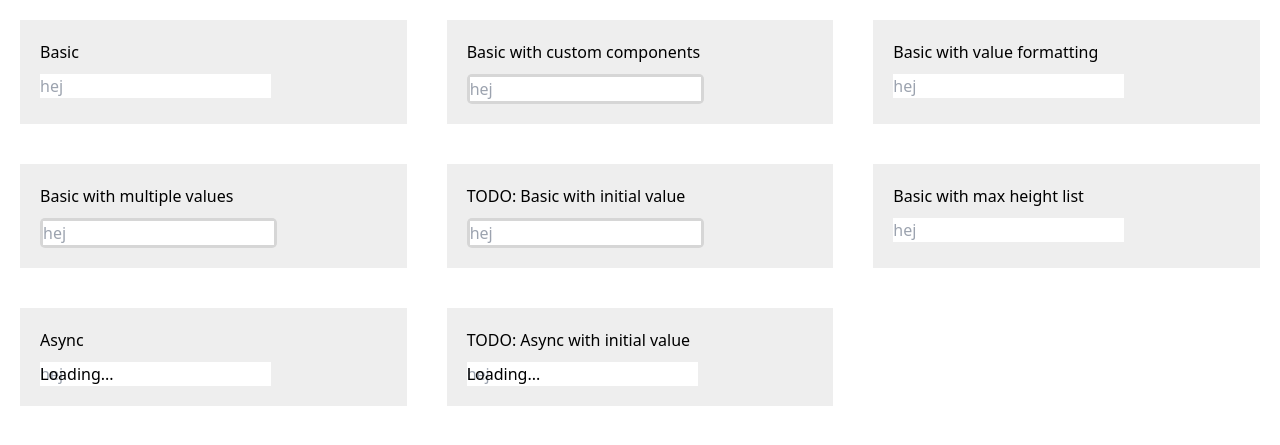
Repository: Frexity/frx-react
Page: / (app in ui/react-select/)
These files come from the project's save history. The page is drawn as it stood at one moment and after the next save; the edit follows.
The browser window is 1280 px wide. The pictures show the whole page.
The page's requests for data from a server got no answer. Some web libraries are served in a nearby version. The project was rebuilt for these pictures with package versions that can differ from the ones it lists, and the page was loaded fresh each time. No one was signed in, and anything a server would have sent is missing. Also part of the build but not shown: ui/react-select/vite.config.ts, ui/react-select/src/CustomSelectComponents/ListLoadingIndicator.tsx, ui/react-select/src/dummy-components/ListLoadingIndicator.tsx.

Above is the page before, as saved 2022-08-21 00:25:30.

### ui/react-select/index.html
<!DOCTYPE html>
<html lang="en">
  <head>
    <meta charset="UTF-8" />
    <link rel="icon" type="image/svg+xml" href="/vite.svg" />
    <meta name="viewport" content="width=device-width, initial-scale=1.0" />
    <title>React Select</title>
    <script src="https://cdn.tailwindcss.com/3.1.8"></script>
  </head>
  <body>
    <div id="root"></div>
    <script type="module" src="/src/main.tsx"></script>
  </body>
</html>

### ui/react-select/src/App.tsx
import './styles.css'

import { ClearIndicator } from './CustomSelectComponents/ClearIndicator'
import { Control } from './CustomSelectComponents/Control'
import { ListLoadingIndicator } from './CustomSelectComponents/ListLoadingIndicator'
import { Option } from './CustomSelectComponents/Option'
import { dummyComponents } from './dummy-components'
import { Select } from './Select'
import { AsyncSelect } from './Select/Async'

const options = [
  { label: 'Option 1', value: '1' },
  { label: 'Option 2', value: '2' },
  { label: 'Option 3', value: '3' },
  { label: 'Option 4', value: '4' },
  { label: 'Option 5', value: '5' },
  { label: 'Option 6', value: '6' },
  { label: 'Option 7', value: '7' },
  { label: 'Option 8', value: '8' },
  { label: 'Option 9', value: '9' },
  { label: 'Option 10', value: '10' },
]

const customComponents = {
  Option,
  Control,
  ClearIndicator,
  ListLoadingIndicator,
}

export default function App() {
  return (
    <div className="cards">
      <div className="card">
        <h3>Basic</h3>
        <Select options={options} components={dummyComponents} />
      </div>
      <div className="card">
        <h3>Basic with custom components</h3>
        <Select options={options} components={customComponents} />
      </div>
      <div className="card">
        <h3>Basic with value formatting</h3>
        <Select
          options={options}
          components={dummyComponents}
          valueFormatter={(value) => {
            return value ? `This is value: ${value}` : null
          }}
        />
      </div>
      <div className="card">
        <h3>Basic with multiple values</h3>
        <Select options={options} components={customComponents} canSelectMultipleValues />
      </div>
      <div className="card">
        <h3>TODO: Basic with initial value</h3>
        <Select options={options} components={customComponents} canSelectMultipleValues />
      </div>
      <div className="card">
        <h3>Basic with max height list</h3>
        <Select
          options={options}
          components={dummyComponents}
          optionsListProps={{
            maxHeight: 150,
          }}
        />
      </div>
      <div className="card">
        <h3>Async</h3>
        <AsyncSelect
          options={options}
          components={dummyComponents}
          asyncOptions={{
            url: 'https://jsonplaceholder.typicode.com/albums',
            startPage: 0,
            perPage: 4,
            queryAttribute: 'page',
            labelAttribute: 'title',
            valueAttribute: 'id',
            loadOnMount: true,
          }}
        />
      </div>
      <div className="card">
        <h3>TODO: Async with initial value</h3>
        <AsyncSelect
          options={options}
          components={dummyComponents}
          asyncOptions={{
            url: 'https://jsonplaceholder.typicode.com/albums',
            startPage: 0,
            perPage: 4,
            queryAttribute: 'page',
            labelAttribute: 'title',
            valueAttribute: 'id',
            loadOnMount: true,
          }}
        />
      </div>
    </div>
  )
}

### ui/react-select/src/styles.css
.dropdown {
  position: fixed;
  border: 1px solid red;
  display: none;
  z-index: 1;
  background: white;
}

input:focus + .dropdown {
  display: block;
}

.card {
  margin: 20px;
  padding: 20px;
  background-color: #eee;
  overflow: hidden;
  overflow-y: scroll;
}

h3 {
  margin-bottom: 10px;
}

.cards {
  display: grid;
  grid-template-columns: repeat(auto-fill, minmax(400px, 1fr));
}

### ui/react-select/src/CustomSelectComponents/ClearIndicator.tsx
import { memo } from 'react'
import { ClearIndicatorComponentProps } from '../Select/types'

export const ClearIndicator = memo(({ clearIndicatorContainerStyles, onClick }: ClearIndicatorComponentProps) => {
  return (
    <div style={clearIndicatorContainerStyles} onClick={onClick}>
      <svg viewBox="0 0 460.775 460.775" style={{ width: 12, height: 12 }}>
        <path
          fill="#66f"
          d="M285.08,230.397L456.218,59.27c6.076-6.077,6.076-15.911,0-21.986L423.511,4.565c-2.913-2.911-6.866-4.55-10.992-4.55  c-4.127,0-8.08,1.639-10.993,4.55l-171.138,171.14L59.25,4.565c-2.913-2.911-6.866-4.55-10.993-4.55  c-4.126,0-8.08,1.639-10.992,4.55L4.558,37.284c-6.077,6.075-6.077,15.909,0,21.986l171.138,171.128L4.575,401.505  c-6.074,6.077-6.074,15.911,0,21.986l32.709,32.719c2.911,2.911,6.865,4.55,10.992,4.55c4.127,0,8.08-1.639,10.994-4.55  l171.117-171.12l171.118,171.12c2.913,2.911,6.866,4.55,10.993,4.55c4.128,0,8.081-1.639,10.992-4.55l32.709-32.719  c6.074-6.075,6.074-15.909,0-21.986L285.08,230.397z"
        />
      </svg>
    </div>
  )
})

### ui/react-select/src/CustomSelectComponents/Control.tsx
import { ControlComponentProps } from '../Select/types'

export const Control = ({ controlStyles, children }: ControlComponentProps) => {
  return (
    <div
      style={{
        ...controlStyles,
        borderRadius: 5,
        padding: 3,
        backgroundColor: '#d6d6d6',
      }}
    >
      {children}
    </div>
  )
}

### ui/react-select/src/CustomSelectComponents/Option.tsx
import { memo } from 'react'
import { OptionComponentProps } from '../Select/types'

export const Option = memo(({ isSelected, label, onSelect }: OptionComponentProps) => {


  return (
    <li className="text-gray-900 cursor-pointer py-2 pl-3 pr-9 hover:bg-sky-300" onClick={onSelect}>
      <div className="flex items-center">
        <img
          src="https://images.unsplash.com/photo-1491528323818-fdd1faba62cc?ixlib=rb-1.2.1&ixid=eyJhcHBfaWQiOjEyMDd9&auto=format&fit=facearea&facepad=2&w=256&h=256&q=80"
          alt=""
          className="flex-shrink-0 h-6 w-6 rounded-full"
        />
        <span className={`${isSelected ? 'font-bold text-blue-700' : 'font-normal'} ml-3 block truncate`}>{label}</span>
      </div>
    </li>
  )
})

### ui/react-select/src/dummy-components/index.ts
import { Control } from './Control'
import { ClearIndicator } from './ClearIndicator'
import { ControlLoadingIndicator } from './ControlLoadingIndicator'
import { ListLoadingIndicator } from './ListLoadingIndicator'
import { Option } from './Option'

export const dummyComponents = {
  Control,
  ClearIndicator,
  ControlLoadingIndicator,
  ListLoadingIndicator,
  Option,
}

### ui/react-select/src/Select/index.tsx
import { InnerSelect } from './common'
import { SelectProvider } from './Context'
import { OutsideClickHandler } from './OutsideClickHandler'
import { SelectProps } from './types'

export const Select = ({
  valueFormatter,
  options,
  components,
  optionsDropdownProps,
  optionsListProps,
  canSelectMultipleValues,
}: Omit<SelectProps, 'asyncOptions'>) => {
  // const [o, setO] = useState(options);

  // Test setting options from outside the context/component
  /*
  useEffect(() => {
    setTimeout(() => {
      setO([{ label: "New", value: "x" }]);
    }, 2000);
  }, []);
  console.log({ o });
  */

  return (
    <SelectProvider value={{ options }}>
      <OutsideClickHandler>
        <InnerSelect
          valueFormatter={valueFormatter}
          components={components}
          optionsDropdownProps={optionsDropdownProps}
          optionsListProps={optionsListProps}
          canSelectMultipleValues={canSelectMultipleValues}
        />
      </OutsideClickHandler>
    </SelectProvider>
  )
}

### ui/react-select/src/Select/Async/index.tsx
import { SelectProps } from '../types'
import { AsyncHandler } from './AsyncHandler'
import { InnerSelect } from '../common'
import { SelectProvider } from '../Context'
import { OutsideClickHandler } from '../OutsideClickHandler'

export const AsyncSelect = ({
  valueFormatter,
  options,
  components,
  optionsDropdownProps,
  optionsListProps,
  asyncOptions,
}: SelectProps) => {
  return (
    <SelectProvider value={{ options }}>
      <OutsideClickHandler>
        <InnerSelect
          valueFormatter={valueFormatter}
          components={components}
          optionsDropdownProps={optionsDropdownProps}
          optionsListProps={optionsListProps}
          asyncOptions={asyncOptions}
          AsyncHandler={AsyncHandler}
        />
      </OutsideClickHandler>
    </SelectProvider>
  )
}

### ui/react-select/src/dummy-components/Control.tsx
import { ControlComponentProps } from '../Select/types'

export const Control = ({ controlStyles, children }: ControlComponentProps) => {
  return <div style={controlStyles}>{children}</div>
}

### ui/react-select/src/dummy-components/ClearIndicator.tsx
import { memo } from 'react'
import { ClearIndicatorComponentProps } from '../Select/types'

export const ClearIndicator = memo(({ clearIndicatorContainerStyles, onClick }: ClearIndicatorComponentProps) => {
  return (
    <div style={clearIndicatorContainerStyles} onClick={onClick}>
      X
    </div>
  )
})

### ui/react-select/src/dummy-components/ControlLoadingIndicator.tsx
import { memo } from 'react'
import { ControlLoadingIndicatorComponentProps } from '../Select/types'

export const ControlLoadingIndicator = memo(({ isVisible }: ControlLoadingIndicatorComponentProps) => {
  return isVisible ? <div style={{ position: 'absolute', bottom: 0, left: 0, zIndex: 2 }}>Loading...</div> : null
})

### ui/react-select/src/dummy-components/Option.tsx
import { memo } from 'react'
import { OptionComponentProps } from '../Select/types'

export const Option = memo(({ isSelected, label, onSelect }: OptionComponentProps) => {
  return (
    <div style={{ fontWeight: isSelected ? 'bold' : 'normal' }} onClick={onSelect}>
      {label}
    </div>
  )
})

### ui/react-select/src/Select/common.tsx
import { useContext } from 'react'
import { SelectProps } from './types'
import { ClearIndicator } from './ClearIndicator'
import { SelectContext } from './Context'
import { Input } from './Input'
import { Options } from './Options'
import { OptionsDropdown } from './OptionsDropdown'
import { OptionsList } from './OptionsList'
import { selectStyles } from './styles'

export const InnerSelect = ({
  valueFormatter,
  components,
  optionsDropdownProps,
  optionsListProps,
  asyncOptions,
  AsyncHandler,
  canSelectMultipleValues,
}: Omit<SelectProps, 'options'> & { AsyncHandler?: any }) => {
  const { state } = useContext<any>(SelectContext)

  return (
    <>
      <components.Control controlStyles={selectStyles.control}>
        <Input valueFormatter={valueFormatter} />
        {components.ClearIndicator && <ClearIndicator ClearIndicatorComponent={components.ClearIndicator} />}
        {components.ControlLoadingIndicator && <components.ControlLoadingIndicator isVisible={state.isLoading} />}
      </components.Control>
      <OptionsDropdown optionsDropdownProps={optionsDropdownProps}>
        {components.ListLoadingIndicator && (
          <components.ListLoadingIndicator isVisible={state.isOpen && state.isLoading} />
        )}
        <OptionsList optionsListProps={optionsListProps} isAsync={!!asyncOptions}>
          <Options OptionComponent={components.Option} canSelectMultipleValues={canSelectMultipleValues} />
        </OptionsList>
      </OptionsDropdown>
      {AsyncHandler && <AsyncHandler asyncOptions={asyncOptions} />}
    </>
  )
}

### ui/react-select/src/Select/Context.tsx
import React, { useReducer, createContext, useId, useEffect, PropsWithChildren } from 'react'

function reducer(state: any, action: any) {
  return { ...state, ...action }
}

const SelectContext = createContext({}) as any

const SelectProvider = ({ children, value }: PropsWithChildren<{ value: any }>) => {
  const inputElementId = useId()
  const listElementId = useId()
  const dropdownElementId = useId()

  const initialState = {
    isOpen: false,
    hasReachedBottom: false,
    isLoading: false,
    inputElementId,
    dropdownElementId,
    listElementId,
    options: value.options,
    selectedValue: null,
  }
  const [state, dispatch] = useReducer(reducer, initialState)
  const store = React.useMemo(() => ({ state, dispatch }), [state])

  /*
  TODO:
  - Get scroll ref, to scrollToTop when it opens
  */

  // Update options when they come from the outside
  useEffect(() => {
    dispatch({ options: value.options })
  }, [value.options])

  return <SelectContext.Provider value={store}>{children}</SelectContext.Provider>
}

export { SelectContext, SelectProvider }

### ui/react-select/src/Select/OutsideClickHandler.tsx
import { memo, ReactNode, useContext, useEffect, useRef } from 'react'
import { SelectContext } from './Context'

interface OutsideClickHandlerProps {
  children: ReactNode
}

const useOutsideClick = (callback: any) => {
  const ref = useRef<any>()

  useEffect(() => {
    const handleClick = (event: MouseEvent) => {
      if (ref.current && !ref.current.contains(event.target)) {
        callback()
      }
    }

    document.addEventListener('mousedown', handleClick, true)

    return () => {
      document.removeEventListener('mousedown', handleClick, true)
    }
  }, [ref, callback])

  return ref
}

export const OutsideClickHandler = memo(({ children }: OutsideClickHandlerProps) => {
  const { dispatch } = useContext<any>(SelectContext)

  const ref = useOutsideClick(() => {
    dispatch({ isOpen: false })
  })

  return <span ref={ref}>{children}</span>
})

### ui/react-select/src/Select/Async/AsyncHandler.tsx
import { useContext, useEffect } from 'react'
import { SelectContext } from '../Context'
import { SelectProps } from '../types'
import { sleep } from '../utils'

interface AsyncHandlerProps {
  asyncOptions: SelectProps['asyncOptions']
}

export const AsyncHandler = ({ asyncOptions }: AsyncHandlerProps) => {
  const { state, dispatch } = useContext<any>(SelectContext)

  useEffect(() => {
    if (!state.hasReachedBottom) {
      return
    }
    async function fetchData() {
      if (!asyncOptions?.url) {
        return
      }
      dispatch({ isLoading: true })
      const result = await fetch(asyncOptions.url)
      await sleep(2000)
      if (result.ok) {
        const data = await result.json()
        console.log({ data })
        dispatch({ hasReachedBottom: false, isLoading: false })
      }
    }
    if (asyncOptions?.url) {
      fetchData()
    }
  }, [state.hasReachedBottom, asyncOptions?.url, dispatch])

  useEffect(() => {
    async function fetchData() {
      if (!asyncOptions?.url) {
        return
      }
      dispatch({ isLoading: true })
      const result = await fetch(asyncOptions.url)
      await sleep(2000)
      if (result.ok) {
        const data = await result.json()
        const mappedData = data.map((item: Record<string, string>) => {
          return {
            label: item[asyncOptions?.labelAttribute || 'label'],
            value: item[asyncOptions?.valueAttribute || 'value'],
          }
        })
        dispatch({
          options: mappedData,
          hasReachedBottom: false,
          isLoading: false,
        })
      }
    }
    if (asyncOptions?.url && asyncOptions?.loadOnMount) {
      fetchData()
    }
  }, [state.hasReachedBottom, asyncOptions?.url, dispatch])

  return <></>
}

### ui/react-select/src/Select/ClearIndicator.tsx
import { ComponentType, useCallback, useContext } from 'react'
import { SelectContext } from './Context'

import { selectStyles } from './styles'
import { ClearIndicatorComponentProps } from './types'

interface ClearIndicatorProps {
  ClearIndicatorComponent: ComponentType<ClearIndicatorComponentProps>
}

export const ClearIndicator = ({ ClearIndicatorComponent }: ClearIndicatorProps) => {
  const { state, dispatch } = useContext<any>(SelectContext)

  const handleClick = useCallback(() => {
    dispatch({ selectedValue: null })
  }, [dispatch])

  return (
    <span style={{ display: state.selectedValue ? 'initial' : 'none' }}>
      <ClearIndicatorComponent
        onClick={handleClick}
        selectedValue={state.selectedValue}
        clearIndicatorContainerStyles={selectStyles.clearIndicator}
      />
    </span>
  )
}

### ui/react-select/src/Select/Input.tsx
import { useContext, useCallback, memo } from 'react'
import { SelectContext } from './Context'
import { SelectProps } from './types'

interface InnerInputProps {
  valueFormatter: SelectProps['valueFormatter']
  selectedValue: string
  id: string
  onFocus: () => void
}

const InnerInput = memo(({ valueFormatter, selectedValue, id, onFocus }: InnerInputProps) => {
  const formattedValue = valueFormatter ? valueFormatter(selectedValue) : selectedValue

  return (
    <div className="holder">
      <input
        id={id}
        type="text"
        placeholder="hej"
        onFocus={onFocus}
        value={formattedValue || ''}
        onChange={() => {
          return
        }}
      />
    </div>
  )
})

export const Input = memo(({ valueFormatter }: Pick<SelectProps, 'valueFormatter'>) => {
  const { state, dispatch } = useContext<any>(SelectContext)

  const onFocus = useCallback(() => {
    dispatch({ isOpen: true })
  }, [dispatch])

  return (
    <InnerInput
      selectedValue={state.selectedValue}
      id={state.inputElementId}
      onFocus={onFocus}
      valueFormatter={valueFormatter}
    />
  )
})

### ui/react-select/src/Select/Options.tsx
import { memo, useCallback, useContext } from 'react'
import { SelectContext } from './Context'
import { OptionType, SelectComponents } from './types'

interface InnerOptionsProps {
  OptionComponent: any
  onSelect: any
  options: any
  selectedValue: any
}

const InnerOptions = memo(({ selectedValue, options, onSelect, OptionComponent }: InnerOptionsProps) => {
  return (
    <>
      {options.map((option: OptionType) => {
        const isSelected = selectedValue === option.value
        return (
          <OptionComponent
            key={option.value}
            label={option.label}
            value={option.value}
            isSelected={isSelected}
            onSelect={() => {
              onSelect(option.value)
            }}
          />
        )
      })}
    </>
  )
})

interface OptionsProps {
  OptionComponent: SelectComponents['Option']
  canSelectMultipleValues: boolean | undefined
}

export const Options = ({ OptionComponent, canSelectMultipleValues }: OptionsProps) => {
  const { state, dispatch } = useContext<any>(SelectContext)

  const onSelect = useCallback(
    (value: string) => {
      dispatch({ selectedValue: value, isOpen: false })
    },
    [dispatch],
  )

  return (
    <InnerOptions
      options={state.options}
      OptionComponent={OptionComponent}
      selectedValue={state.selectedValue}
      onSelect={onSelect}
    />
  )
}

### ui/react-select/src/Select/OptionsDropdown.tsx
import { SelectContext } from './Context'
import { ReactNode, useContext, useEffect } from 'react'

import { getScrollParent, normalizedHeight, setMenuPosition } from './utils'
import { SelectProps } from './types'

interface OptionsDropdownProps {
  children: ReactNode
  optionsDropdownProps?: SelectProps['optionsDropdownProps']
}

export const OptionsDropdown = ({ children }: OptionsDropdownProps) => {
  const { state } = useContext<any>(SelectContext)

  // TODO: Reposition on window resize
  useEffect(() => {
    // TODO: Get unique ID instead
    const dropdown = document.getElementById(state.dropdownElementId)
    if (!dropdown) {
      return
    }

    const input = document.getElementById(state.inputElementId)
    if (!input) {
      return
    }
    if (!state.isOpen) {
      dropdown.style.display = 'none'
      return
    }

    const parent = getScrollParent(input)

    const style = getComputedStyle(input)

    const borderTopWidth = parseInt(style.borderTopWidth, 10) || 0
    const borderLeftWidth = parseInt(style.borderLeftWidth, 10) || 0
    const borderBottomWidth = parseInt(style.borderBottomWidth, 10) || 0
    const inputHeight = normalizedHeight(input) + borderTopWidth + borderBottomWidth

    setMenuPosition(dropdown, input, inputHeight, borderLeftWidth)

    function scrollEventHandler(this: HTMLElement) {
      if (!dropdown) {
        return
      }
      setMenuPosition(dropdown, this, inputHeight, borderLeftWidth)
    }

    parent.addEventListener('scroll', scrollEventHandler.bind(input))

    dropdown.style.display = 'initial'
  }, [state.isOpen, state.inputElementId, state.dropdownElementId])

  return (
    <div className="dropdown" id={state.dropdownElementId}>
      {children}
    </div>
  )
}

### ui/react-select/src/Select/OptionsList.tsx
import { SelectContext } from './Context'
import { useContext, memo, useCallback, useEffect, PropsWithChildren } from 'react'
import { scrollIsAtBottom } from './utils'
import { SelectProps } from './types'

interface InnerOptionsListProps {
  isAsync: boolean
  optionsListProps: SelectProps['optionsListProps']
  onReachedBottom: (() => void) | undefined
  listElementId: string
}

const InnerOptionsList = memo(
  ({
    children,
    isAsync,
    optionsListProps,
    onReachedBottom,
    listElementId,
  }: PropsWithChildren<InnerOptionsListProps>) => {
    useEffect(() => {
      if (!isAsync) {
        return
      }
      const element = document.getElementById(listElementId)
      if (!element) {
        return
      }

      function checkIfAtBottom() {
        if (element && scrollIsAtBottom(element)) {
          onReachedBottom && onReachedBottom()
        }
      }
      element.addEventListener('scroll', checkIfAtBottom)

      return () => {
        element.removeEventListener('scroll', checkIfAtBottom)
      }
    }, [onReachedBottom, listElementId, isAsync])

    return (
      <div
        id={listElementId}
        style={{
          maxHeight: optionsListProps?.maxHeight || 'unset',
          overflowY: optionsListProps?.maxHeight ? 'scroll' : 'unset',
        }}
      >
        <ul>{children}</ul>
      </div>
    )
  },
)

interface OptionsListProps {
  isAsync: boolean
  optionsListProps: any
}

export const OptionsList = ({ children, optionsListProps, isAsync }: PropsWithChildren<OptionsListProps>) => {
  const { state, dispatch } = useContext<any>(SelectContext)

  const onReachedBottom = useCallback(() => {
    if (state.hasReachedBottom) {
      return
    }
    dispatch({ hasReachedBottom: true })
  }, [dispatch, state.hasReachedBottom])

  return (
    <InnerOptionsList
      isAsync={isAsync}
      optionsListProps={optionsListProps}
      onReachedBottom={isAsync ? onReachedBottom : undefined}
      listElementId={state.listElementId}
    >
      {children}
    </InnerOptionsList>
  )
}

### ui/react-select/src/Select/styles.ts
export const selectStyles = {
  clearIndicator: {
    position: 'absolute',
    top: 0,
    right: 0,
    bottom: 0,
    display: 'flex',
    padding: '0 7px',
    justifyContent: 'center',
    alignItems: 'center',
    cursor: 'pointer',
  },
  control: {
    position: 'relative',
    display: 'inline-block',
  },
}

### ui/react-select/src/Select/utils.ts
export function getScrollParent(element: HTMLElement) {
  let style = window.getComputedStyle(element)
  const excludeStaticParent = style.position === 'absolute'
  const overflowRx = /(auto|scroll)/
  const documentElement = document.documentElement

  if (style.position === 'fixed') {
    return documentElement
  }

  // eslint-disable-next-line @typescript-eslint/ban-ts-comment
  // @ts-ignore
  for (let parent = element; (parent = parent.parentElement); ) {
    style = window.getComputedStyle(parent)
    if (excludeStaticParent && style.position === 'static') {
      continue
    }
    if (overflowRx.test(style.overflow + style.overflowY + style.overflowX)) {
      return parent
    }
  }

  return documentElement
}

export function getScrollTop(el: HTMLElement) {
  if (isDocumentElement(el)) {
    return window.scrollY
  }
  return el.scrollTop
}

export function normalizedHeight(el: HTMLElement) {
  if (isDocumentElement(el)) {
    return window.innerHeight
  }

  return el.clientHeight
}

export function isDocumentElement(el: HTMLElement) {
  return [document.documentElement, document.body, window].indexOf(el) > -1
}

// https://github.com/JedWatson/react-select/blob/b0411ff46bc1ecf45d9bca4fb58fbce1e57f847c/packages/react-select/src/internal/useScrollCapture.js

export function setMenuPosition(dropdown: HTMLElement, element: HTMLElement, inputHeight: number, leftOffset: number) {
  // Done with JS instead of React, otherwise it will lag behind
  const offset = element.getBoundingClientRect()
  const top = offset.top
  const left = offset.left
  dropdown.style.top = `${top + inputHeight}px`
  dropdown.style.left = `${left + leftOffset}px`
}

export function scrollIsAtBottom(node: HTMLElement) {
  return node.scrollTop + node.offsetHeight === node.scrollHeight
}

export function sleep(ms: number) {
  return new Promise((resolve) => setTimeout(resolve, ms))
}

Loaded but not shown: ui/react-select/src/main.tsx (common file)

After the next save:
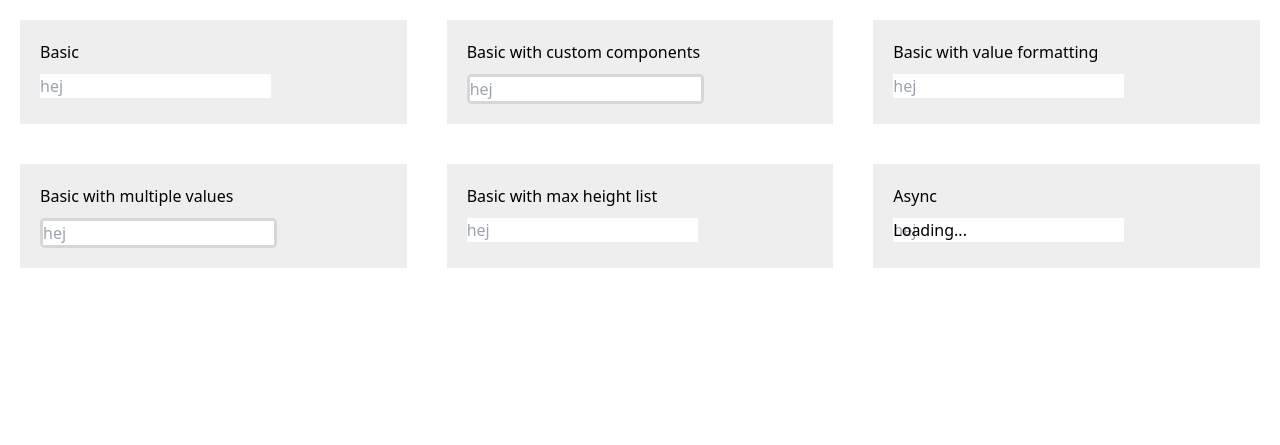
Saved 52 s later.
--- a/ui/react-select/src/App.tsx
+++ b/ui/react-select/src/App.tsx
@@ -53,10 +53,10 @@ export default function App() {
         <h3>Basic with multiple values</h3>
         <Select options={options} components={customComponents} canSelectMultipleValues />
       </div>
-      <div className="card">
+      {/* <div className="card">
         <h3>TODO: Basic with initial value</h3>
         <Select options={options} components={customComponents} canSelectMultipleValues />
-      </div>
+      </div> */}
       <div className="card">
         <h3>Basic with max height list</h3>
         <Select
@@ -83,7 +83,7 @@ export default function App() {
           }}
         />
       </div>
-      <div className="card">
+      {/* <div className="card">
         <h3>TODO: Async with initial value</h3>
         <AsyncSelect
           options={options}
@@ -98,7 +98,7 @@ export default function App() {
             loadOnMount: true,
           }}
         />
-      </div>
+      </div> */}
     </div>
   )
 }
